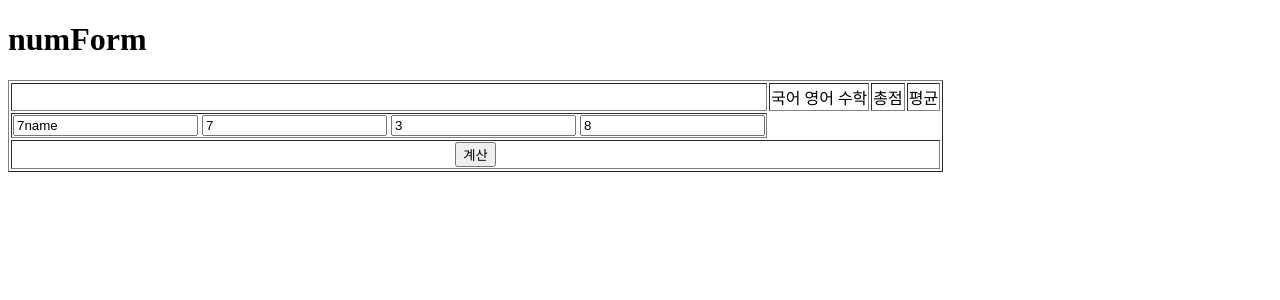
Repository: Jhoon0211/java_work
Page: http://localhost/jspProj/request/numForm2.jsp
These files come from the project's save history. The page is drawn as it stood at one moment and after a run of saves; the edit follows.
The browser window is 1280 px wide. The pictures show the whole page.
The page is served by Tomcat 9. Other server files are loaded and not shown.

Above is the page before, as saved 2023-07-27 09:13:14.

### jspProj/src/main/webapp/request/numForm2.jsp
<%@ page language="java" contentType="text/html; charset=UTF-8"
    pageEncoding="UTF-8"%>
<!DOCTYPE html>
<html>
<head>
<meta charset="UTF-8">
<title>Insert title here</title>
</head>
<body>
<%-- <%
	String[] korSco = request.getParameterValues("kor");
	String[] engSco = request.getParameterValues("eng");
	String[] mathSco = request.getParameterValues("math");

	// 총점
    int sum = 0; // 총점
    int num = Integer.parseInt(str); // str을 정수형으로 형변환
	sum ++; // 값을 누적


    // 평균
    int sum1 = 0;
    int avg = 0; // 짝수들의 평균 값
	int count = 0; // 개수

	for (String str : noArr) {
		int intValue = Integer.parseInt(str);
		if(intValue % 2 == 0) {  // args 값이 짝수면
			sum1 += intValue;
			count++;

		}
	}
	avg = sum1 / count;
	System.out.println("평균 : " + avg);
%> --%>
<h1>numForm</h1>
	<form action="numForm2.jsp">

		<table border="">
			<tr>
				<td></td>
				<td>국어 영어 수학</td>
				<td>총점</td>
				<td>평균</td>
			</tr>
			<tr>

				<% for(int i = 0; i<1; i++){ %>
				<td>
					<input type="text" name="student" value="<%=(int)(Math.random()*10) + "name" %>"/>
					<input type="text" name="student" value="<%=(int)(Math.random()*10) %>"/>
					<input type="text" name="student" value="<%=(int)(Math.random()*10) %>"/>
					<input type="text" name="student" value="<%=(int)(Math.random()*10) %>"/>
				</td>
				<% } %>
			</tr>


			<tr>
				<td colspan="4" align="center">
					<input type="submit" value="계산" />
				</td>
			</tr>
		</table>
	</form>
</body>
</html>

After the next 4 saves:
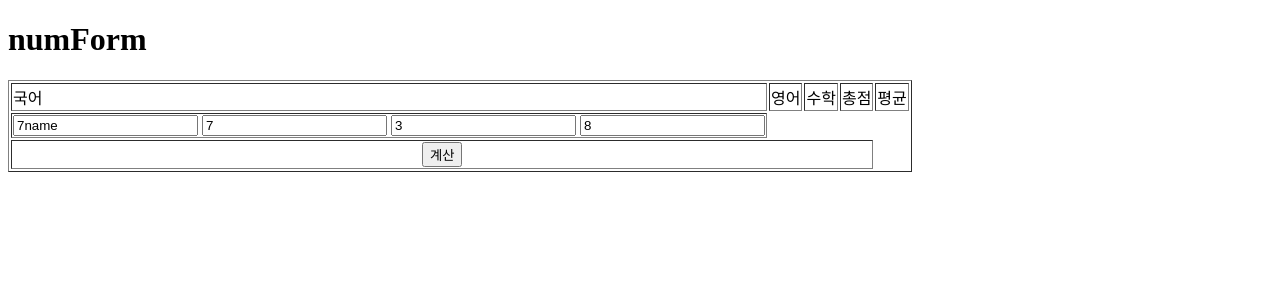
The 4 saves are shown as one change because 3 did not build or start.
The last was saved 4 min 33 s later.
--- a/jspProj/src/main/webapp/request/numForm2.jsp
+++ b/jspProj/src/main/webapp/request/numForm2.jsp
@@ -36,24 +36,21 @@
 %> --%>
 <h1>numForm</h1>
 	<form action="numForm2.jsp">
-
 		<table border="">
 			<tr>
-				<td></td>
-				<td>국어 영어 수학</td>
+				<td>국어</td>
+				<td>영어</td>
+				<td>수학</td>
 				<td>총점</td>
 				<td>평균</td>
 			</tr>
 			<tr>
-
-				<% for(int i = 0; i<1; i++){ %>
 				<td>
 					<input type="text" name="student" value="<%=(int)(Math.random()*10) + "name" %>"/>
 					<input type="text" name="student" value="<%=(int)(Math.random()*10) %>"/>
 					<input type="text" name="student" value="<%=(int)(Math.random()*10) %>"/>
 					<input type="text" name="student" value="<%=(int)(Math.random()*10) %>"/>
 				</td>
-				<% } %>
 			</tr>
 
 
